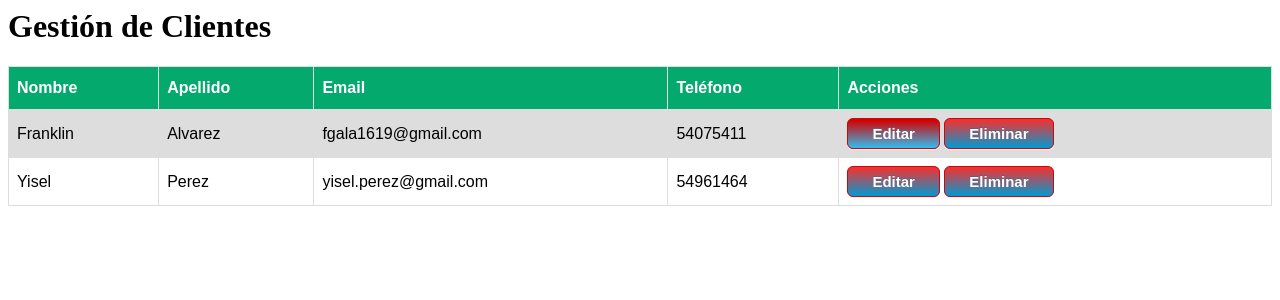
Repository: fgala1619/frontSistGestionBank
Page: index.html
These files come from the project's save history. The page is drawn as it stood at one moment and after the next save; the edit follows.
The browser window is 1280 px wide. The pictures show the whole page.
The pointer rests on the first visible `.myButton`.

Above is the page before, as saved 2023-07-08 22:56:31.

### index.html
<h1>Gestión de Clientes</h1>

<table id="customers">
    <tr>
        <th>Nombre</th>
        <th>Apellido</th>
        <th>Email</th>
        <th>Teléfono</th>
        <th>Acciones</th>
    </tr>

    <tr>
        <td>Franklin</td>
        <td>Alvarez</td>
        <td>fgala1619@gmail.com</td>
        <td>54075411</td>
        <td>
            <a href="#" class="myButton">Editar</a>
            <a href="#" class="myButton">Eliminar</a>
        </td>
    </tr>

    <tr>
        <td>Yisel</td>
        <td>Perez</td>
        <td>yisel.perez@gmail.com</td>
        <td>54961464</td>
        <td>
            <a href="#" class="myButton">Editar</a>
            <a href="#" class="myButton">Eliminar</a>
        </td>
    </tr>
</table>

<style>
    #customers {
        font-family: Arial, Helvetica, sans-serif;
        border-collapse: collapse;
        width: 100%;
    }

    #customers td, #customers th {
        border: 1px solid #ddd;
        padding: 8px;
    }

    #customers tr:nth-child(even){background-color: #f2f2f2;}
    #customers tr:hover{background-color:#ddd;}

    #customers th{
        padding-top: 12px;
        padding-bottom: 12px;
        text-align: left;
        background-color: #04AA6D;
        color: white;
    }

    .myButton{
        box-shadow: 0px 1px 0px 0px #f0f7fa;
        background: linear-gradient(to bottom, #33bdef 5%, #019ad2 100%);
        background-color:#33bdef;
        border-radius: 6px;
        border: 1px solid #057fd0;
        display: inline-block;
        cursor: pointer;
        color: #ffffff;
        font-family: Arial;
        font-size: 15px;
        font-weight: bold;
        padding: 6px 24px;
        text-decoration: none;
        text-shadow: 0px -1px 0px #5b6178;
    }
    .myButton:hover{
        background: linear-gradient(to bottom, #019ad2 5%, #33bdef 100%);
        background-color:#019ad2;
    }
    .myButton:active{
        position: relative;
        top: 1px;
    }

    .myButton{
        box-shadow: 0px 1px 0px 0px #f0f7fa;
        background: linear-gradient(to bottom, #ed3434 5%, #019ad2 100%);
        background-color:#ed3434;
        border-radius: 6px;
        border: 1px solid #cf0606;
        display: inline-block;
        cursor: pointer;
        color: #ffffff;
        font-family: Arial;
        font-size: 15px;
        font-weight: bold;
        padding: 6px 24px;
        text-decoration: none;
        text-shadow: 0px -1px 0px #5b6178;
    }
    .myButton:hover{
        background: linear-gradient(to bottom, #d10202 5%, #33bdef 100%);
        background-color:#d10202;
    }
    .myButton:active{
        position: relative;
        top: 1px;
    }
</style>

After the next save:
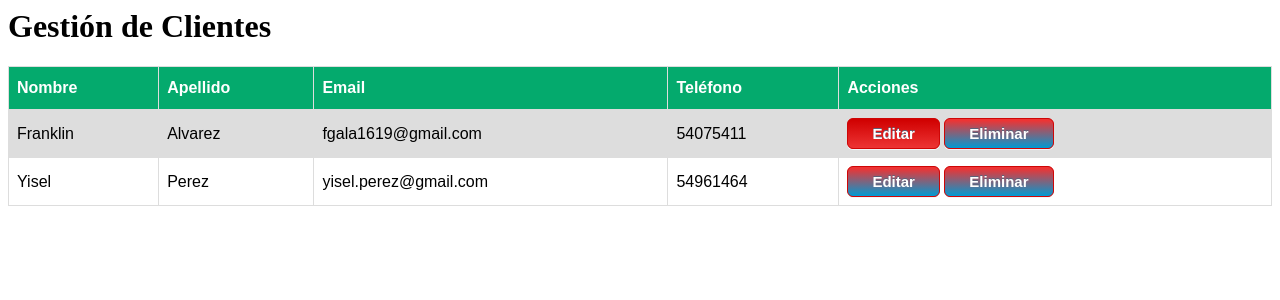
Saved 2 min 2 s later.
--- a/index.html
+++ b/index.html
@@ -97,7 +97,7 @@
         text-shadow: 0px -1px 0px #5b6178;
     }
     .myButton:hover{
-        background: linear-gradient(to bottom, #d10202 5%, #33bdef 100%);
+        background: linear-gradient(to bottom, #d10202 5%, #ed3434 100%);
         background-color:#d10202;
     }
     .myButton:active{
